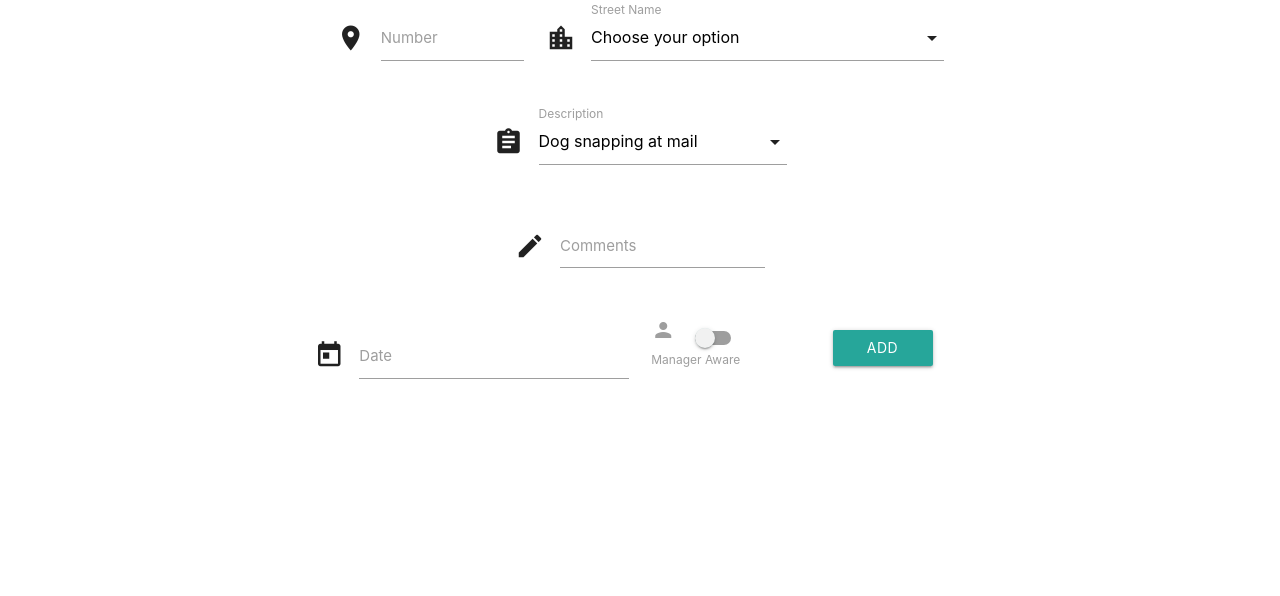
Repository: bandyp/Postal-Reminders
Page: http://localhost/add_hazard
The author's editor kept a record of every edit. The page is drawn from the files as they stood at one moment, then again after a run of edits.
The browser window is 1280 px wide. The pictures show the whole page.
The page is served by the project's application, run on Flask 3 (app.py).

Above is the page before.

### templates/addhazard.html
{% extends 'base.html' %} {% block content %} {% for incident in incidents %}
<nav>
  <div class="nav-wrapper">
    <a href="{{ url_for('goto_home') }}" class="brand-logo center">Royal Mail</a>
  </div>
</nav>
<h3>Add Hazard</h3>
<div class="row">
    <form action="{{ url_for('insert_hazard') }}" method="POST" class="col s12">
        <div class="row">

            <div class="input-field col s3">
                <input value="{{incident.reported_by}}" id="reported_by" type="text" class="validate">
                <label class="active" for="reported_by">Staff Name</label>
            </div>
            <div class="input-field col s3">
                <input value="{{incident.post_code}}" id="post_code" type="text" class="validate">
                <label class="active" for="post_code">Post Code</label>
            </div>
            <div class="input-field col s3">
                <input value="{{incident.walk_no}}" id="walk_no" type="text" class="validate">
                <label class="active" for="walk_no">Walk No.</label>
            </div>
             <div class="input-field col s3">
                <input value="{{incident.depot}}" id="depot" type="text" class="validate">
                <label class="active" for="depot">Office</label>
            </div>
            {% endfor %}
        </div>
        <div class="row">
            <div class="input-field col s4">
                <i class="material-icons prefix">location_on</i>
                <input id="number" name="number" type="text" class="validate">
                <label for="number">Number</label>
            </div>
            <div class="input-field col s8">
                <i class="material-icons prefix">location_city</i>
                <select id="street_name" name="street_name">
                      <option value="" disabled selected>Choose your option</option>
                      <option value="Milverton Gn">Milverton Gn</option>
                      <option value="Lemington Rd">Lemington Rd</option>
                      <option value="Horace Brightman Cl">Horace Brightman Cl</option>
                      <option value="Lighthorn Rs">Lighthorn Rs</option>
                      <option value="Morrel Cl">Morrel Cl</option>
                      <option value="Quickswood">Quickswood</option>
                      <option value="Willenhall Cl">Willenhall Cl</option>
                      <option value="Speedwell Cl">Speedwell Cl</option>
                      <option value="Sorrell Cl">Sorrell Cl</option>
                      <option value="Celandine Dv">Celandine Dv</option>
                      <option value="Lucas Gardens">Lucas Gardens</option>
                      <option value="Freeman Av">Freeman Av</option>
                      <option value="Whitehorse Vale">Whitehorse Vale</option>
                </select>
                <label>Street Name</label>
            </div>
        </div>
        <div class="row">
            <div class="input-field col s12">
                <i class="material-icons prefix">assignment</i>
                <select id="incident_type" name="incident_type">
                    <optgroup label="Animal" id="incident_type" name="incident_type">
                        <option id="incident_description" name="incident_description" value="Dog snapping at mail">Dog snapping at mail</option>
                        <option id="incident_description" name="incident_description" value="Loose Dog">Loose Dog</option>
                        <option id="incident_description" name="incident_description" value="Other">Other</option>
                    </optgroup>
                    <optgroup label="Access" id="incident_type" name="incident_type">
                        <option id="incident_description" name="incident_description" value="Unsafe Pathway">Unsafe Pathway</option>
                        <option id="incident_description" name="incident_description" value="Contruction">Contruction</option>
                        <option id="incident_description" name="incident_description" value="Other">Other</option>
                    </optgroup>
                    <optgroup label="People" id="incident_type" name="incident_type">
                        <option id="incident_description" name="incident_description" value="Possible criminal activity">Possible criminal activity</option>
                        <option id="incident_description" name="incident_description" value="Aggressive/abusive behaviour">Aggressive/abusive behaviour</option>
                        <option id="incident_description" name="incident_description" value="Other">Other</option>
                    </optgroup>
                </select>
                <label>Description</label>
            </div>

        </div>
        <div class="row">
            <div class="input-field col s12">
                <i class="material-icons prefix">mode_edit</i>
                <textarea id="comments" name="comments" class="materialize-textarea" data-length="120"></textarea>
                <label for="Comments">Comments</label>
            </div>
        </div>
        <div class="row">

            <div class="input-field col s6">
                <i class="material-icons prefix">today</i>
                <input id="date_reported" name="date_reported" type="text" class="datepicker">
                <label for="icon_prefix">Date</label>
            </div>

            <div class="switch col s3">
                <label>
                    <i class="material-icons prefix">person</i>
                    <input id="management_aware" name="management_aware" type="checkbox">
                    <span class="lever"></span>
                      Manager Aware
                </label>
            </div>
            <div class="submit col s3">
            <button class="btn waves-effect waves-light" type="submit" name="action">Add Hazard</button>
            </div>
    </form>
</div>

{% endblock %}

### templates/base.html
<!DOCTYPE html>
<html lang="en">

<head>
    <!-- Required meta tags -->
    <meta charset="utf-8">
    <meta name="viewport" content="width=device-width, initial-scale=1, shrink-to-fit=no">

    <!-- Framework CSS -->
    <link href="https://fonts.googleapis.com/icon?family=Material+Icons" rel="stylesheet">
    <link rel="stylesheet" href="https://cdnjs.cloudflare.com/ajax/libs/materialize/1.0.0/css/materialize.min.css">
    <link rel="stylesheet" href="{{url_for('static', filename='style.css')}}" type="text/css"/>

    <title>Postal</title>
</head>

<body>
    <div class="container">
    {% block content %} {% endblock %}
    </div>

    <script src="https://cdnjs.cloudflare.com/ajax/libs/materialize/1.0.0/js/materialize.min.js"></script>
    <script src="https://code.jquery.com/jquery-3.4.1.min.js" integrity="sha256-CSXorXvZcTkaix6Yvo6HppcZGetbYMGWSFlBw8HfCJo=" crossorigin="anonymous"></script>
  <script>
  document.addEventListener('DOMContentLoaded', function() {
    var elems = document.querySelectorAll('.fixed-action-btn');
    var instances = M.FloatingActionButton.init(elems, {
      toolbarEnabled: true
    });
  });

  document.addEventListener('DOMContentLoaded', function() {
    var elems = document.querySelectorAll('select');
    var instances = M.FormSelect.init(elems);
  });

  document.addEventListener('DOMContentLoaded', function() {
    var elems = document.querySelectorAll('.datepicker');
    var instances = M.Datepicker.init(elems);
  });

  </script>
</body>

</html>

### app.py
import os
from flask import Flask, render_template, redirect, request, url_for
from flask_pymongo import PyMongo
from bson.objectid import ObjectId

app = Flask(__name__)
app.config["MONGO_DBNAME"] = 'route_reminders'
app.config["MONGO_URI"] = 'mongodb+srv://bandyp:Ema1LandreW@myfirstcluster-ehsli.mongodb.net/route_reminders?retryWrites=true&w=majority'

mongo = PyMongo(app)

@app.route('/')
@app.route('/reminders')
def reminders():
    return render_template("login.html", logins=mongo.db.logins.find())

@app.route('/insert_login', methods=['POST'])
def insert_login():
    logins = mongo.db.logins
    logins.insert_one(request.form.to_dict())
    return redirect(url_for('get_incidents'))

@app.route('/get_incidents')
def get_incidents():
    return render_template("incidents.html", incidents=mongo.db.incidents.find(), logins=mongo.db.logins.find())

@app.route('/insert_hazard', methods=['POST'])
def insert_hazard():
    incidents = mongo.db.incidents
    incidents.insert_one(request.form.to_dict())
    return redirect(url_for('get_incidents'))

@app.route('/goto_home')
def goto_home():
    return render_template("incidents.html", incidents=mongo.db.incidents.find(), logins=mongo.db.logins.find())

@app.route('/add_hazard')
def add_hazard():
    return render_template("addhazard.html")

@app.route('/add_access')
def add_access():
    return render_template("addaccess.html")

@app.route('/add_request')
def add_request():
    return render_template("addrequest.html")

@app.route('/edit_incident/<incident_id>')
def edit_incident(incident_id):
    the_incident =  mongo.db.incidents.find_one({"_id": ObjectId(incident_id)})
    return render_template('editincident.html', incident=the_incident)

@app.route('/delete_incident/<incident_id>')
def delete_incident(incident_id):
    mongo.db.incidents.remove({'_id': ObjectId(incident_id)})
    return redirect(url_for('get_incidents'))

@app.route('/see_route')
def see_route():
    return render_template("route.html", incidents=mongo.db.incidents.find(), logins=mongo.db.logins.find())




if __name__ == '__main__':
    app.run(host=os.environ.get('IP'),
            port=int(os.environ.get('PORT')),
            debug=True)

### static/style.css

/* to allow for footer */
body {
    display: flex;
    min-height: 100vh;
    flex-direction: column;
}

/* to allow for footer */
main {
    flex: 1 0 auto;
}

/* raised main page to be higher above footer */
.page {
    margin-bottom: 10vh;
}

/* to make all buttons consistent */
.btn {
     margin:1vw;
     width: 100px;
}

/* elements of footer */
footer {
    position: fixed;
    bottom: 0;
    left: 0;
    width: 100%;
    z-index: +1000;
}

/* raise the button to be higher than the footer */
.incident_button {
    margin-bottom: 8vh;
}

After the next 2 edits:
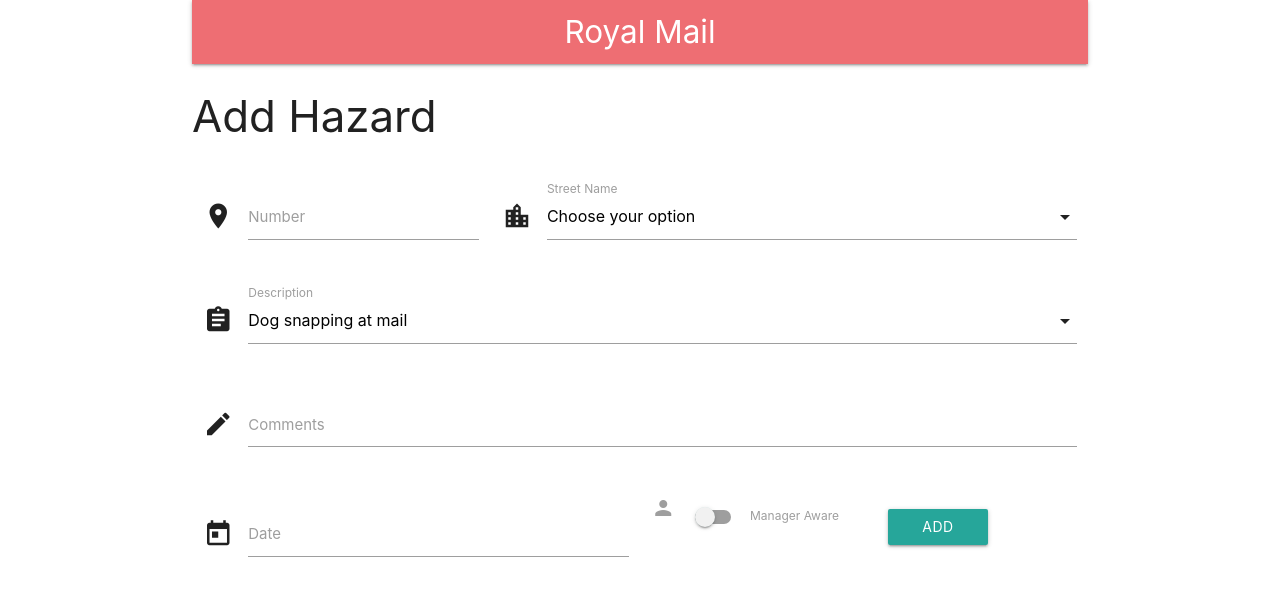
The 2 edits are shown as one change because 1 did not build or start.
The edit:
--- a/templates/addhazard.html
+++ b/templates/addhazard.html
@@ -1,4 +1,4 @@
-{% extends 'base.html' %} {% block content %} {% for incident in incidents %}
+{% extends 'base.html' %} {% block content %}
 <nav>
   <div class="nav-wrapper">
     <a href="{{ url_for('goto_home') }}" class="brand-logo center">Royal Mail</a>
@@ -8,7 +8,7 @@
 <div class="row">
     <form action="{{ url_for('insert_hazard') }}" method="POST" class="col s12">
         <div class="row">
-
+            {% for incident in incidents %}
             <div class="input-field col s3">
                 <input value="{{incident.reported_by}}" id="reported_by" type="text" class="validate">
                 <label class="active" for="reported_by">Staff Name</label>
